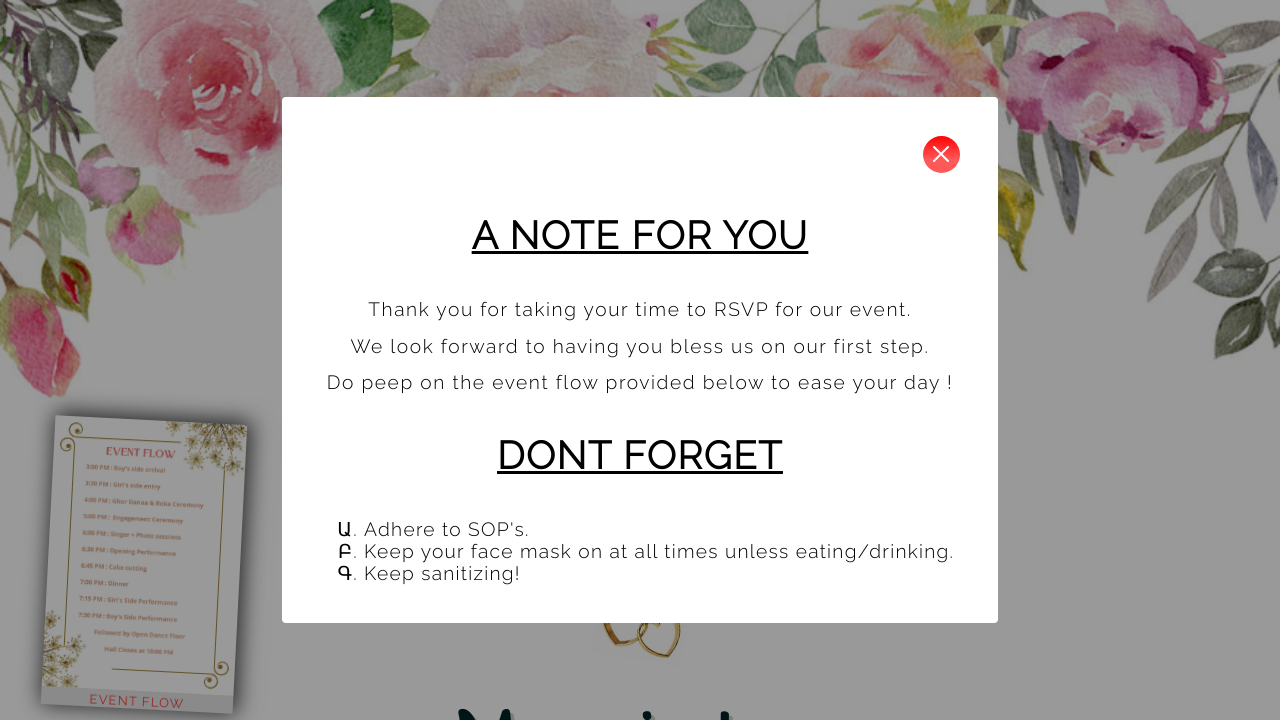
Repository: Rajveenz2/engagementinvite2
Page: index.html
The author's editor kept a copy of each file at every save. The page is drawn from the files as they stood at one save, then again after the next save.
The browser window is 1280 px wide. The pictures show the window.
A layer covers the whole window, so only the first screen is drawn.

Above is the page before, as saved 2022-03-14 17:46:13.

After the next save:
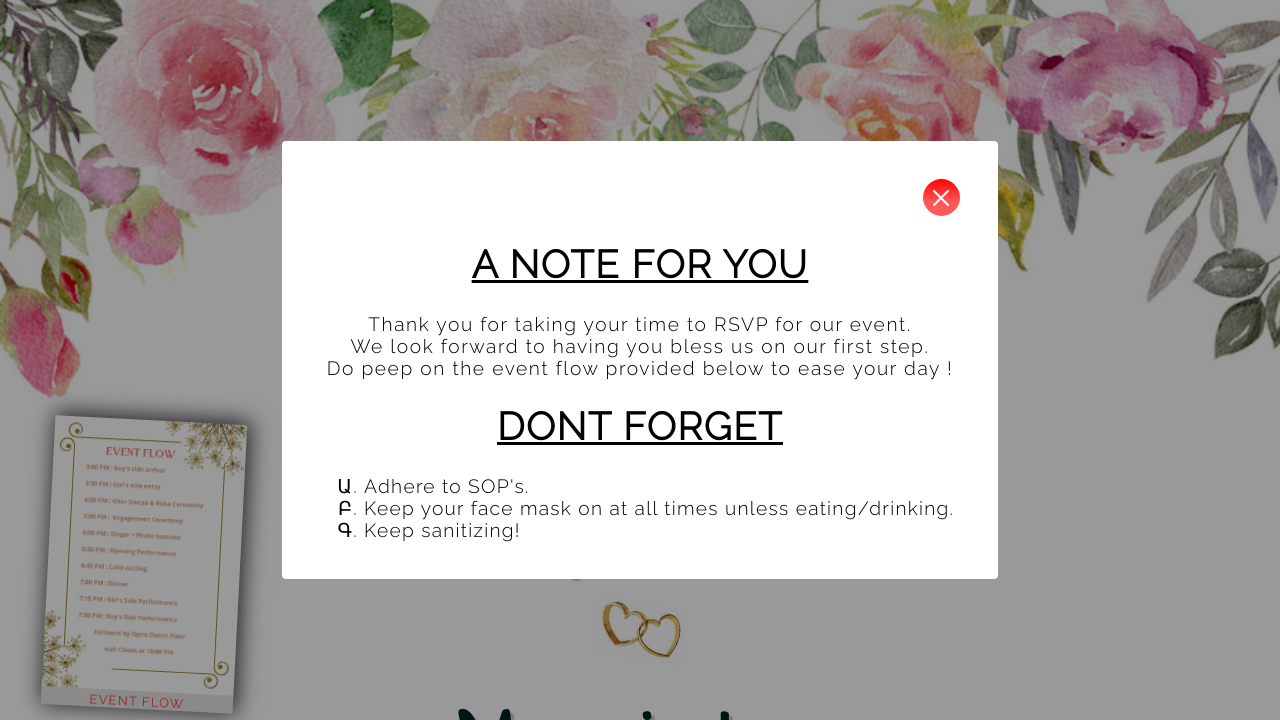
Saved 3 min 43 s later.
--- a/engagement.css
+++ b/engagement.css
@@ -61,7 +61,6 @@ html{
     flex-direction: column;
     justify-content: center;
     align-items: center;
-    gap:2vh;
     text-align: center;
     width:50%;
     padding: 3vw;
